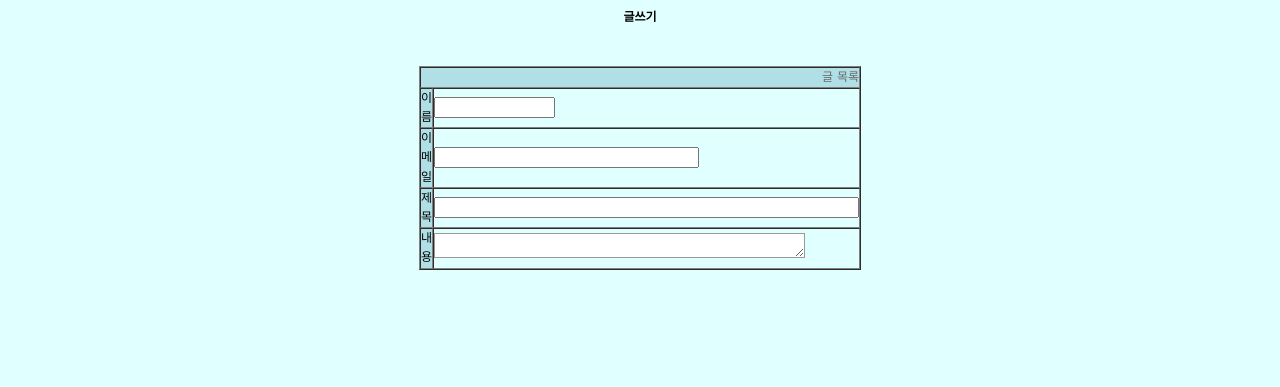
Repository: JIYEON25/model
Page: http://localhost/myWeb/boardone/writeForm.jsp
These files come from the project's save history. The page is drawn as it stood at one moment and after the next save; the edit follows.
The browser window is 1280 px wide. The pictures show the whole page.
The page is served by Tomcat 9. Other server files are loaded and not shown.

Above is the page before, as saved 2023-09-18 04:43:59.

### model1/myJSP/myWeb/src/main/webapp/boardone/writeForm.jsp
<%@ page language="java" contentType="text/html; charset=UTF-8"
    pageEncoding="UTF-8"%>
<%@ include file="view/color.jsp" %>
<!DOCTYPE html>
<html>
<head>
	<meta charset="UTF-8">
	<title>My Board</title>
	<link href="style.css" rel="stylesheet" type="text/css"/>
	<script type="text/javascript" src="script.js"></script>
</head>
<!-- 코드 추가 1 -->
<body bgcolor="<%=bodyback_c %>">
	<div style="text-align:center;">
		<b>글쓰기</b>
	</div><br><br>
	<form method="post" name="writeForm" action="writeProc.jsp" onsubmit="return writeSave()">
		<table width="400" border="1" cellpadding="0" cellspacing="0" align="center" bgcolor="<%=bodyback_c %>">
			<tr>
				<td align="right" colspan="2" bgcolor="<%=value_c %>">
				<a href="list.jsp">글 목록</a></td>
			</tr>
			<tr>
				<td width="70" bgcolor="<%=value_c %>" align="center">이름</td>
				<td width="330">
					<input type="text" size="12" maxlength="12" name="writer"/></td>
			</tr>
			<tr>
				<td width="70" bgcolor="<%=value_c %>" align="center">이메일</td>
				<td width="330">
					<input type="text" size="30" maxlength="30" name="email"/></td>
			</tr>
			<tr>
				<td width="70" bgcolor="<%=value_c %>" align="center">제목</td>
				<td width="330">
					<input type="text" size="50" maxlength="50" name="subject"/></td>
			</tr>
			<tr>
				<td width="70" bgcolor="<%=value_c %>" align="center">내용</td>
				<td width="330">
					<textarea name="content" rows="13" cols="50"></textarea></td>
			</tr>
		</table>
	</form>
</body>
</html>

### model1/myJSP/myWeb/src/main/webapp/boardone/view/color.jsp
<%
	String bodyback_c="#e0ffff";
	String back_c="#8fbc8f";
	String title_c="#5f9ea0";
	String value_c="#b0e0e6";
	String bar="#778899";
%>

### model1/myJSP/myWeb/src/main/webapp/boardone/style.css
@charset "UTF-8";

BODY {
	FONT-SIZE: 9pt;
	COLOR: black;
	LINE-HEIGHT: 160%;
	FONT-FAMILY: 굴림, verdana, tahoma;
}

TD {
	FONT-SIZE: 9pt;
	COLOR: black;
	LINE-HEIGHT: 160%;
	FONT-FAMILY: 굴림, verdana, tahoma;
}

SELECT {
	FONT-SIZE: 9pt;
	COLOR: black;
	LINE-HEIGHT: 160%;
	FONT-FAMILY: 굴림, verdana, tahoma;
}

DIV {
	FONT-SIZE: 9pt;
	COLOR: black;
	LINE-HEIGHT: 160%;
	FONT-FAMILY: 굴림, verdana, tahoma;
}

FORM {
	FONT-SIZE: 9pt;
	COLOR: black;
	LINE-HEIGHT: 160%;
	FONT-FAMILY: 굴림, verdana, tahoma;
}

TEXTAREA {
	BORDER-RIGHT: 1px solid #999999;
	BORDER-TOP: 1px solid #999999;
	BORDER-LEFT: 1px solid #999999;
	COLOR: BLACK;
	BORDER-BOTTOM: 1px solid #999999;
	FONT-FAMILY: 굴림, verdana;
	HEIGHT: 19px;
	BACKGROUND-COLOR: white;
}

A:link {text-decoration:none; color:#696969}
A:hover {text-decoration:yes; color:#66CCFF}
A:visited {text-decoration:none; color:#330066}

Loaded but not shown: model1/myJSP/myWeb/src/main/webapp/boardone/script.js (common file)

After the next save:
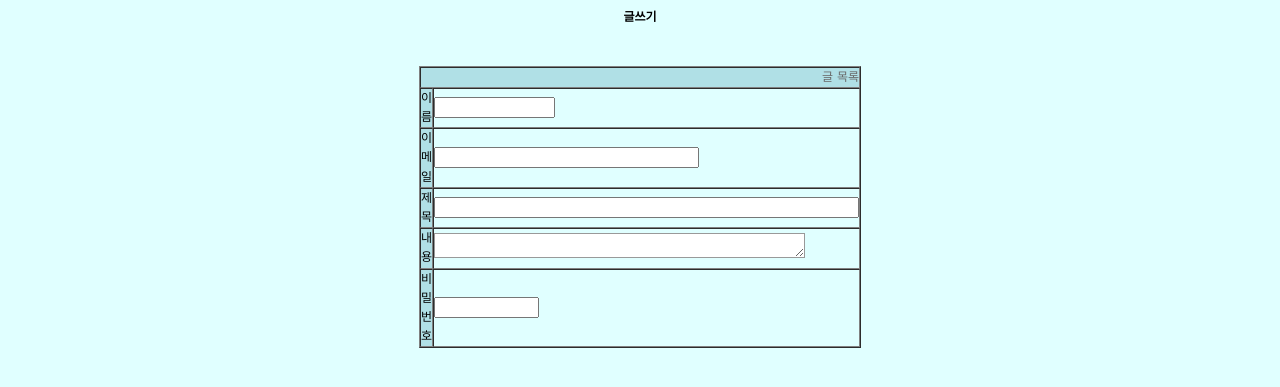
Saved 48 s later.
--- a/model1/myJSP/myWeb/src/main/webapp/boardone/writeForm.jsp
+++ b/model1/myJSP/myWeb/src/main/webapp/boardone/writeForm.jsp
@@ -40,6 +40,11 @@
 				<td width="330">
 					<textarea name="content" rows="13" cols="50"></textarea></td>
 			</tr>
+			<tr>
+				<td width="70" bgcolor="<%=value_c %>" align="center">비밀번호</td>
+				<td width="330">
+					<input type="password" size="10" maxlength="10" name="pass"/></td>
+			</tr>
 		</table>
 	</form>
 </body>
